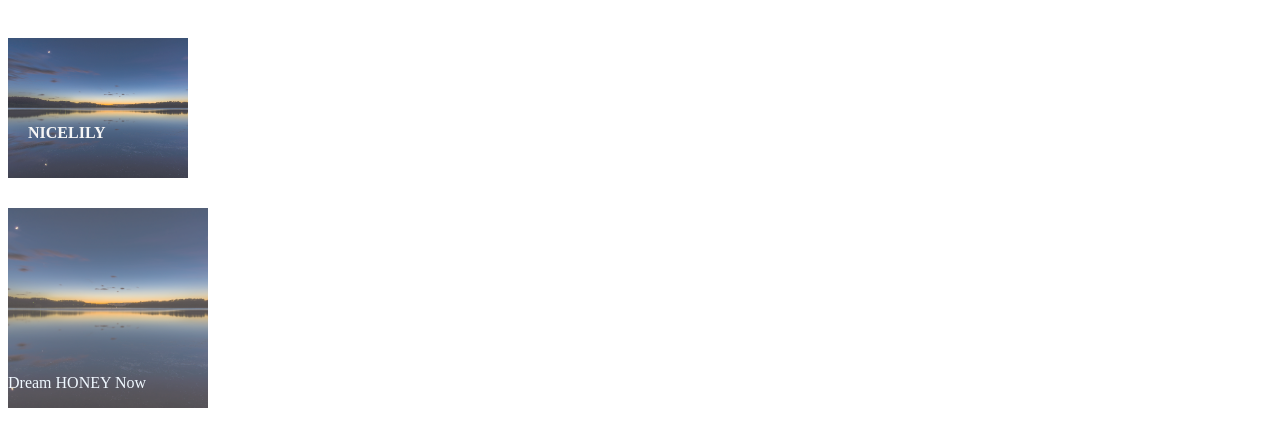
Repository: northpx/animation
Page: index.html
These files come from the project's save history. The page is drawn as it stood at one moment and after the next save; the edit follows.
The browser window is 1280 px wide. The pictures show the whole page.
The pointer rests on the first visible `.container1`.

Above is the page before, as saved 2022-12-21 17:58:13.

### index.html
<!DOCTYPE html>
<html lang="en">

<head>
  <meta charset="UTF-8">
  <meta http-equiv="X-UA-Compatible" content="IE=edge">
  <meta name="viewport" content="width=device-width, initial-scale=1.0">
  <link rel="stylesheet" href="style.css">
  <title>Document</title>
</head>

<body>
  <div class="container">
    <img src="nature_lake_sunset_landscape_ultrahd_4k_wallpaper_3840x2160.jpg" alt="" class="image">
    <div class="content1">
      <p class="p1">NICELILY</p>
      <p class="p2">Lily to play</p>
    </div>
  </div>

  <div class="container1">
    <img src="nature_lake_sunset_landscape_ultrahd_4k_wallpaper_3840x2160.jpg" alt="" class="image2">
    <div class="content2">
      <p class="p3">Dream HONEY <span>Now</span></p>
    </div>
  </div>
</body>

</html>

<!-- <!DOCTYPE html>
<html>
<head>
<title>W3.CSS</title>
<meta name="viewport" content="width=device-width, initial-scale=1">
<link rel="stylesheet" href="style.css">
</head>
<body>
<div class="w3-container w3-green">
  <h1>W3Schools Demo</h1>
  <p>Resize this responsive page!</p>
</div>
<div class="w3-row-padding">
  <div class="w3-third">
    <h2>London</h2>
    <p>London is the capital city of England.</p>
    <p>It is the most populous city in the United Kingdom,
    with a metropolitan area of over 13 million inhabitants.</p>
  </div>

  <div class="w3-third">
    <h2>Paris</h2>
    <p>Paris is the capital of France.</p>
    <p>The Paris area is one of the largest population centers in Europe,
    with more than 12 million inhabitants.</p>
  </div>

  <div class="w3-third">
    <h2>Tokyo</h2>
    <p>Tokyo is the capital of Japan.</p>
    <p>It is the center of the Greater Tokyo Area,
    and the most populous metropolitan area in the world.</p>
  </div>
</div>

</body>
</html> -->

### style.css
/* .box1{
    width: 100px;
    height: 100px;
    background-color: aqua;
    transform: rotateX(45deg);
}

.box2{
    width: 100px;
    height: 100px;
    background-color: bisque;
    transform: rotateY(-45deg);
}

.box3{
    width: 100px;
    height: 100px;
    background-color: blueviolet;
    transform: rotate(180deg);
} */
/* .box1{
    width: 100px;
    height: 100px;
    background-color: yellowgreen;
    transform: translateX(100px);
}

.box2{
    width: 200px;
    height: 200px;
    background-color: yellowgreen;
    position: relative;
}
.box_child{
    position: absolute;
    width: 20px;
    height: 20px;
    background-color: black;
    top: 50%;
    left: 50%;
    transform: translate(-50%, -50%);
}

.box3{
    width: 100px;
    height: 100px;
    background-color: antiquewhite;
    transform: translateY(100px);
}
.box4{
    width: 100px;
    height: 100px;
    background-color:  beige;
    transform: translateX(-50px);
}

.box_circle{
    width: 100px;
    height: 100px;
    background-color: blueviolet;
    border-radius: 50%;
    scale: 1;
    transition: all 0.3s ease-in-out;
}

.box_circle:hover{
    scale: 1.5;
}

.box_skew{
    width: 100px;
    height: 100px;
    background-color: bisque;
    /* transform: skewX(45deg); */
    /* transform: skew(50deg, 0deg);
/* } */

/* .box{
    width: 100px;
    height: 100px;
    background-color: aquamarine;
    margin: 50px;
    perspective: 300px;
    position: relative;
}
.box_child{
    width: 20px;
    height: 20px;
    background-color: blueviolet;
    top: 50%;
    left: 50%;
    position: absolute;
}

.box_child:hover{
    transform: translateZ(100px);
} */
.container{
    width: 180px;
    height: 200px;
    overflow: hidden;
    position: relative;
}

 .image{
    width: 250px;
    height: 200px;
    object-fit: contain;
    transform: translateX(-20px);
    transition: all .5s linear;
    opacity: 0.8;
}

.container:hover .image{
    transform: translateX(0px);
    opacity: 1;
}

.content1 .p1{
    position: absolute;
    color: whitesmoke;
    top: 100px;
    left: 20px;
    opacity: 1;
    transition: all .5s ease-in;
    font-weight: bold;
}

.container:hover .content1 .p1{
    transform: translateY(-20px);
}

.content1 .p2{
    position: absolute;
    color: azure;
    top: 120px;
    left: 20px;
    visibility: hidden;
    opacity: 0;
    transition: all .5s ease-in;
}

.container:hover .content1 .p2{
    transform: translateY(-20px);
    visibility: visible;
    opacity: 1;
}

.container1{
    width: 200px;
    height: 200px;
    background-color: antiquewhite;
    overflow: hidden;
    position: relative;
}

.image2{
    width: 200px;
    height: 200px;
    object-fit: cover;
}

.container1:hover .image2{
    opacity: 0.7;
}

.p3{
    position: absolute;
    bottom: 0;
    color: aliceblue;

}

After the next save:
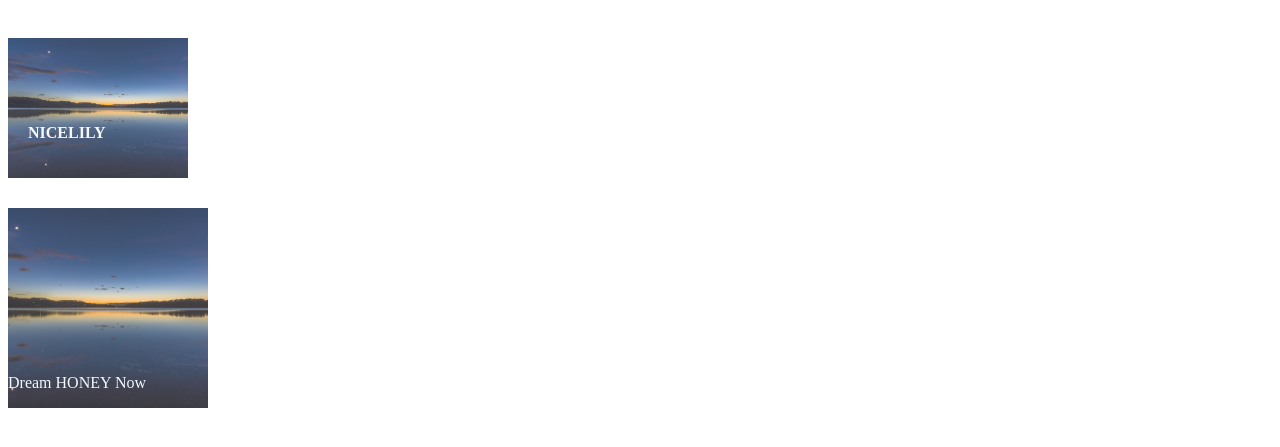
Saved 8 s later.
--- a/style.css
+++ b/style.css
@@ -161,7 +161,7 @@
 }
 
 .container1:hover .image2{
-    opacity: 0.7;
+    opacity: 0.8;
 }
 
 .p3{
